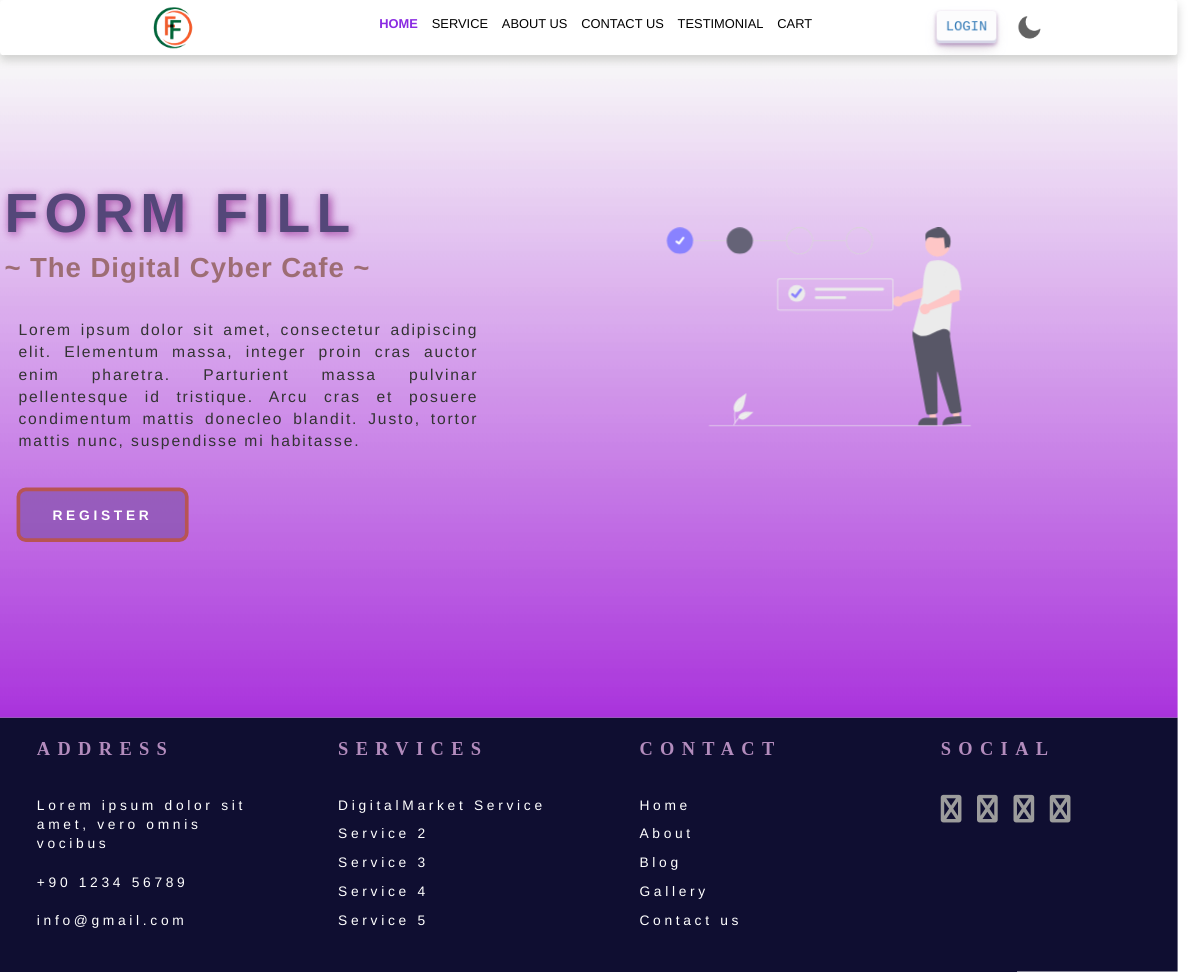
Repository: codervivek5/Formfil
Page: index.html
The author's editor kept a copy of each file at every save. The page is drawn from the files as they stood at one save, then again after the next save.
The browser window is 1280 px wide. The page is 1295 px wide, so the pictures cover 1295 px, including what lies to the right of the window. The pictures show the whole page, at 92% of full size.
Some web fonts or font styles are not loaded; a fallback is used.

Above is the page before, as saved 2023-03-04 21:43:19.

After the next save:
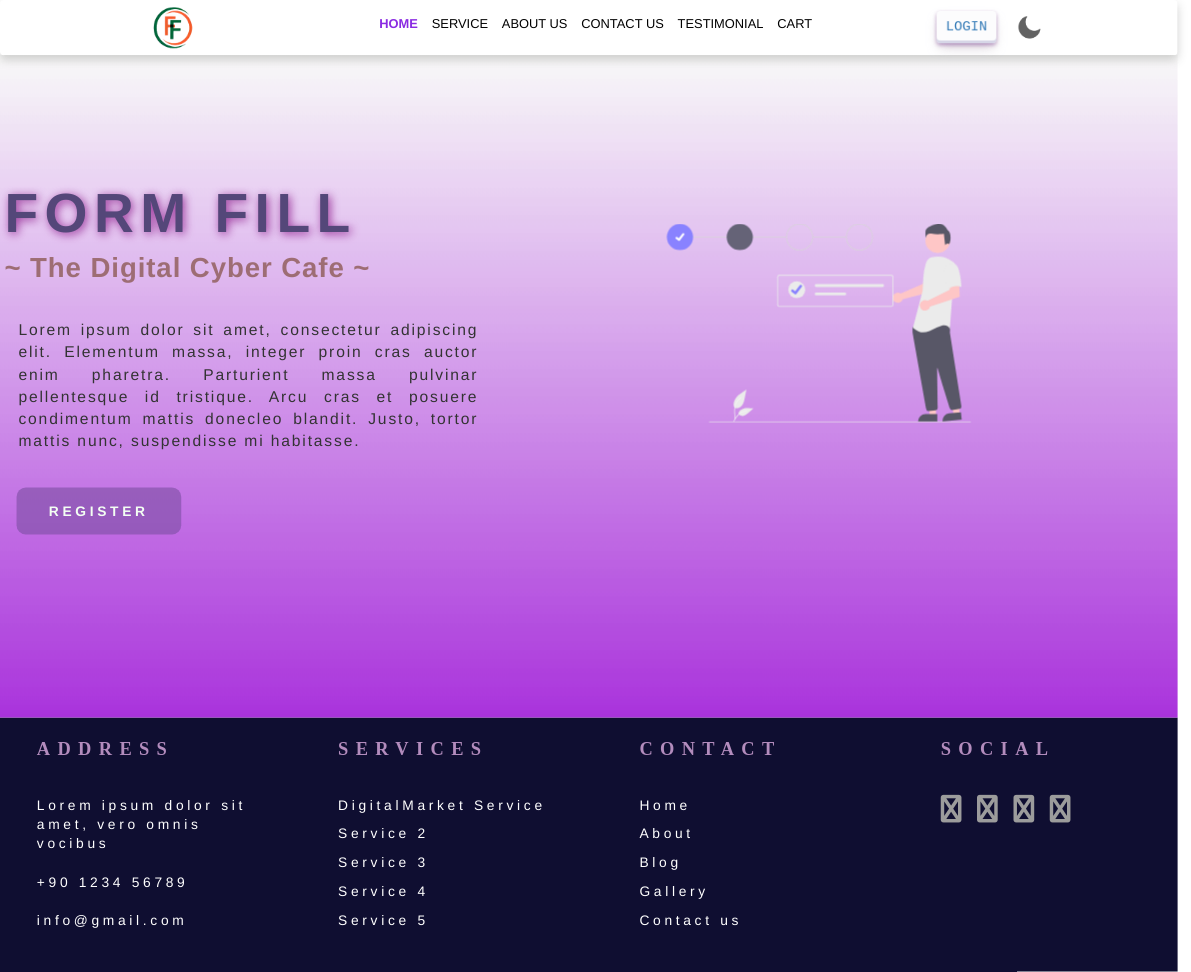
Saved 78 s later.
--- a/style/style.css
+++ b/style/style.css
@@ -209,7 +209,6 @@ overflow-x: hidden;
     font-weight: bold;
 }
 .content h2{
-  color: rgba(0, 0, 0, 0.87);
 	width:100%;
   font-weight: bold;
   margin-top: -1px;
@@ -236,8 +235,8 @@ overflow-x: hidden;
     border-radius: 10px;
     border: none;
     background-color: rgba(90, 34, 139,0.6) !important;
-    border: 4px solid rgba(90, 34, 139);
-    border: 4px solid brown;
+    /* border: 4px solid rgba(90, 34, 139); */
+    border: 4px solid rgba(122, 60, 60, 0.87)
     color: white !important;
     font-weight: bold !important;
     letter-spacing: 4px;
